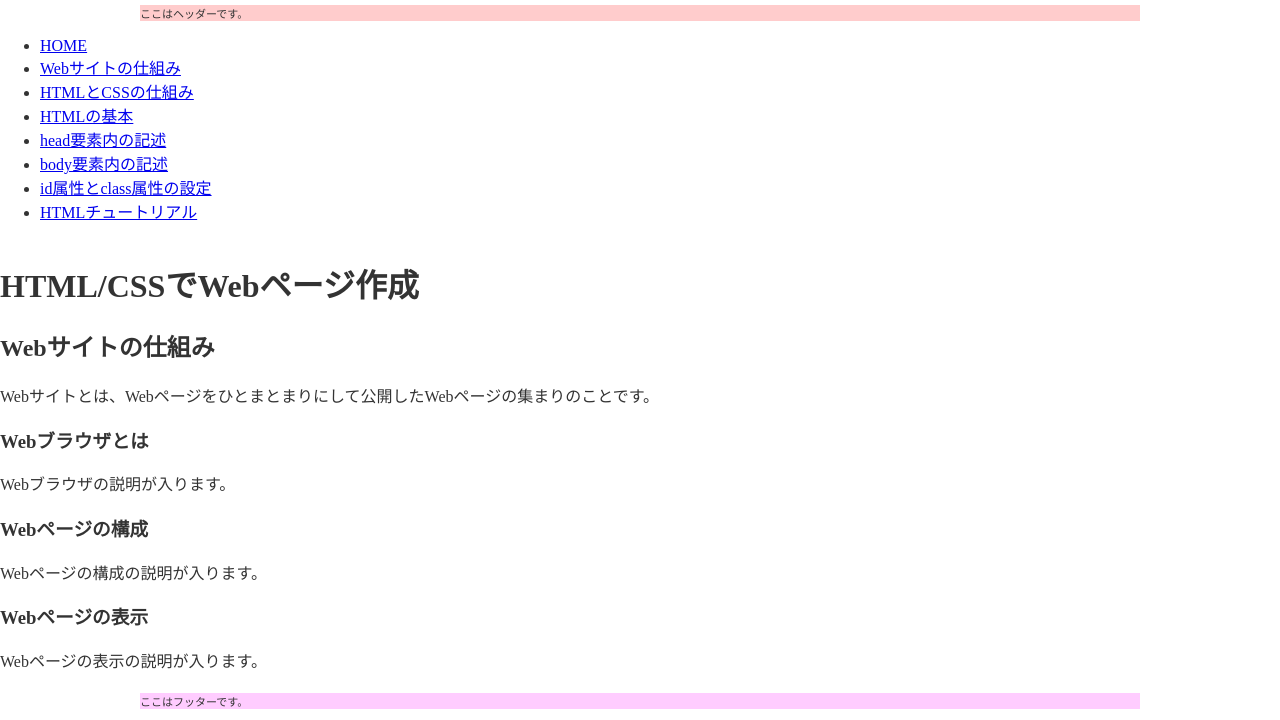
Repository: sugihiro1/test_laravel
Page: kadai_css/kadai_css.html
The author's editor kept a record of every edit. The page is drawn from the files as they stood at one moment, then again after the next edit.
The browser window is 1280 px wide. The pictures show the whole page.

Above is the page before.

After the next edit:
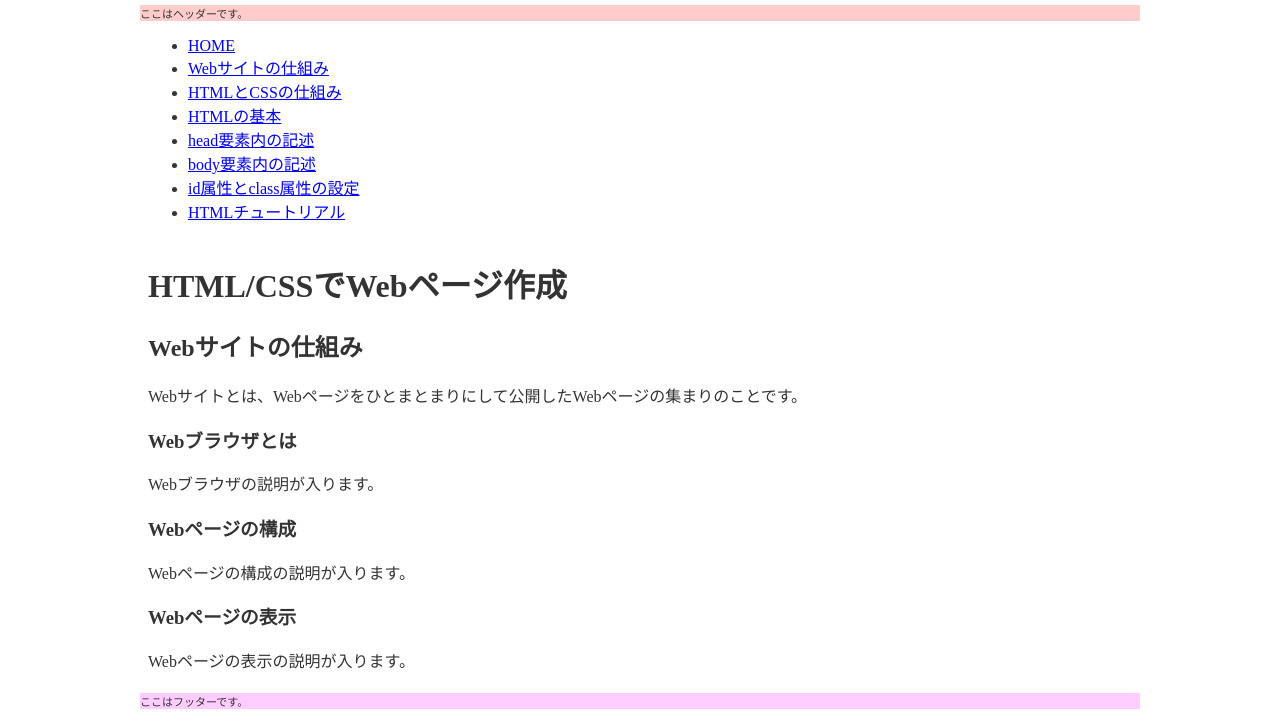
The edit:
--- a/kadai_css/kadai_css.css
+++ b/kadai_css/kadai_css.css
@@ -34,6 +34,11 @@
     font-size: 11px;
 }
 
+#wrapper {
+    width: 984px;
+    margin: 0 auto;
+}
+
 #menu {
     width: 300px;
     float: righ;  /* 左寄せ */
